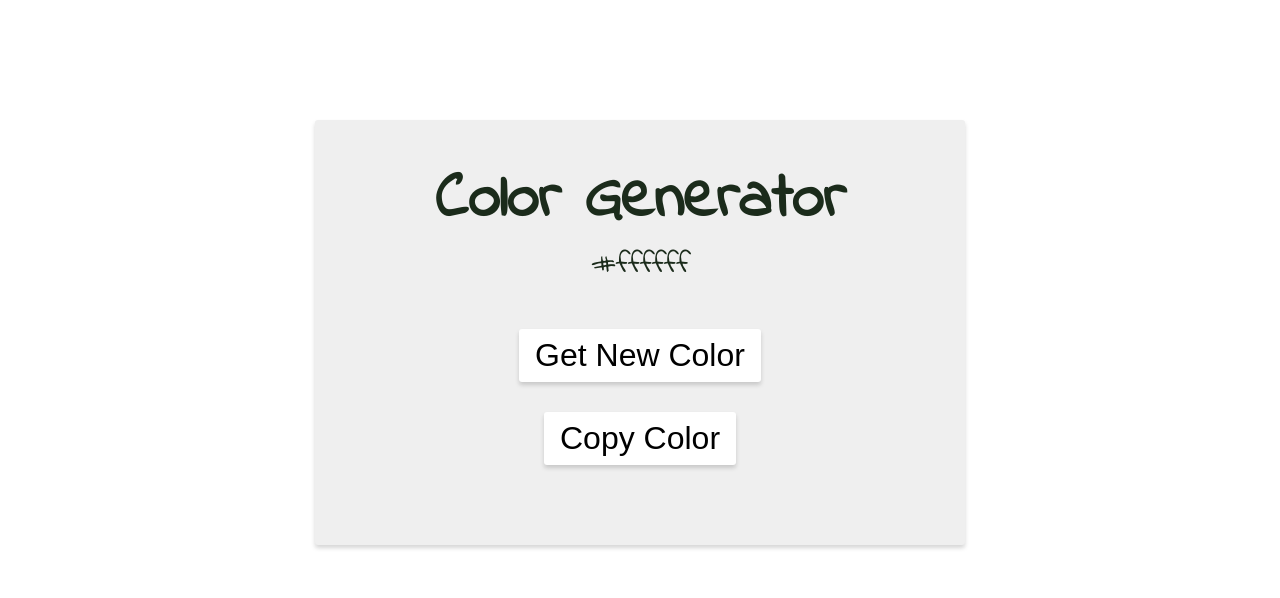
Repository: codimis/JSB-01-Color-Changer
Page: index.html
These files come from the project's save history. The page is drawn as it stood at one moment and after the next save; the edit follows.
The browser window is 1280 px wide. The pictures show the whole page.

Above is the page before, as saved 2021-09-17 01:52:07.

### index.html
<!DOCTYPE html>
<html lang="en">
<head>
    <meta charset="UTF-8">
    <meta http-equiv="X-UA-Compatible" content="IE=edge">
    <meta name="viewport" content="width=device-width, initial-scale=1.0">
    <title>Color Generator</title>
    <link rel="stylesheet" href="style.css" />
    <script defer src="color.js"></script>
</head>
<body>
    <div class="container">
        <h1>Color Generator</h1>
        <p id="currentColor">#ffffff</p>
        <button id="pickColor" onclick="setColor()">Get New Color</button>
        <button id="copyColor" onclick="copyColor()">Copy Color</button></div>
</body>
</html>

### style.css
@import url('https://fonts.googleapis.com/css2?family=Indie+Flower&display=swap');

:root {
    --color-dark: #1b2b1b;
    --color-light: #efefef;
}

body {
    color: var(--color-dark);
    display: grid;
    font-family: "Indie Flower", sans-serif;
    font-size: 2.5rem;
    min-height: 90vh;
    min-width: 90vw;
    place-items: center;
}

.container {
    align-items: center;
    background-color: var(--color-light);
    border-radius: 3px;
    box-shadow: 0 3px 4px rgba(50, 50, 50, .2);
    display: flex;
    flex-direction: column;
    padding: 2em 3em;
    position: relative;
}

.alert {
    position: absolute;
    top: -50px;
    background-color: var(--color-light);
    padding: 8px 12px;
    box-shadow: 0 3px 4px rgba(50, 50, 50, .2);
}

.alert::after {
    border-color: var(--color-light) transparent transparent transparent;
    border-style: solid;
    border-width: 7px 7px 0 7px;
    bottom: -7px;
    content: "";
    left: 50%;
    position: absolute;
    transform: translateX(-50%);
}

h1 {
    font-size: 4rem;
    line-height: 1px;
    margin: 0;
    padding: 0;
}

#currentColor {
    text-align: center;
    font-size: 2rem;
    line-height: 2;
}

#pickColor, #copyColor {
    border: 0;
    outline: 0;
    background-color: #fff;
    font-family: inherit,sans-serif;
    font-size: 2rem;
    padding: 8px 16px;
    cursor: pointer;
    border-radius: 3px;
    box-shadow: 0 3px 4px rgba(50, 50, 50, .2);
}

#copyColor {
    margin-top: 30px;
}

#pickColor:active, #copyColor:active {
    box-shadow: none;
    color: var(--color-dark);
 }

Loaded but not shown: color.js (no stored copy; drawn as an empty file)

After the next save:
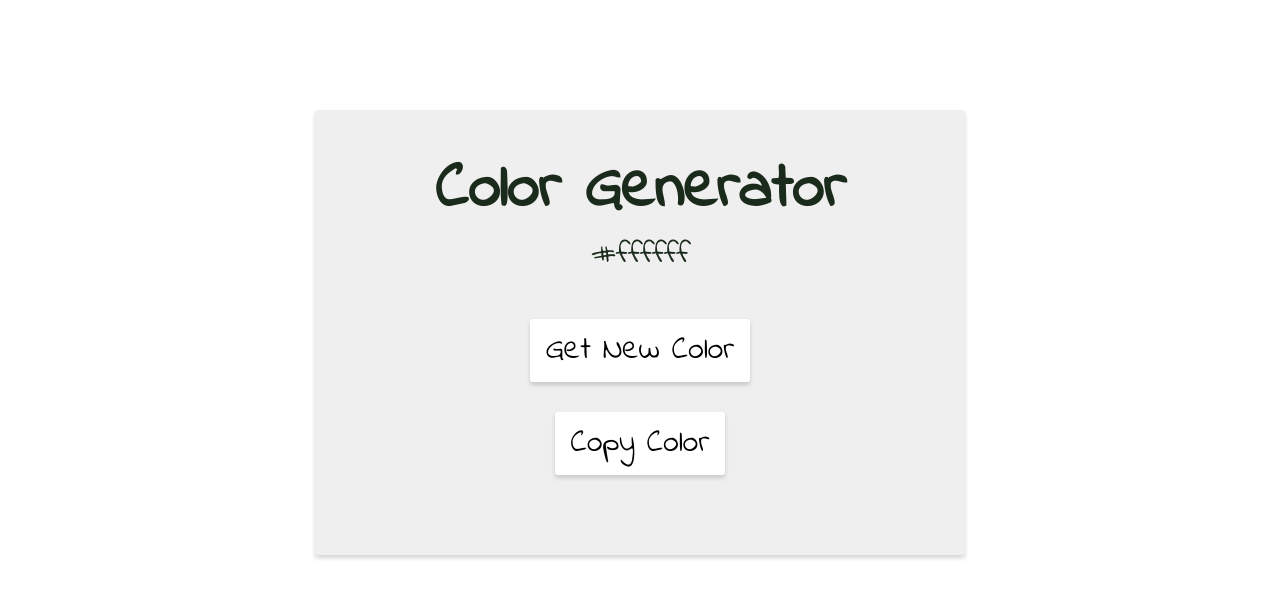
Saved 82 s later.
--- a/style.css
+++ b/style.css
@@ -62,7 +62,7 @@ h1 {
     border: 0;
     outline: 0;
     background-color: #fff;
-    font-family: inherit,sans-serif;
+    font-family: "Indie Flower",sans-serif;
     font-size: 2rem;
     padding: 8px 16px;
     cursor: pointer;
